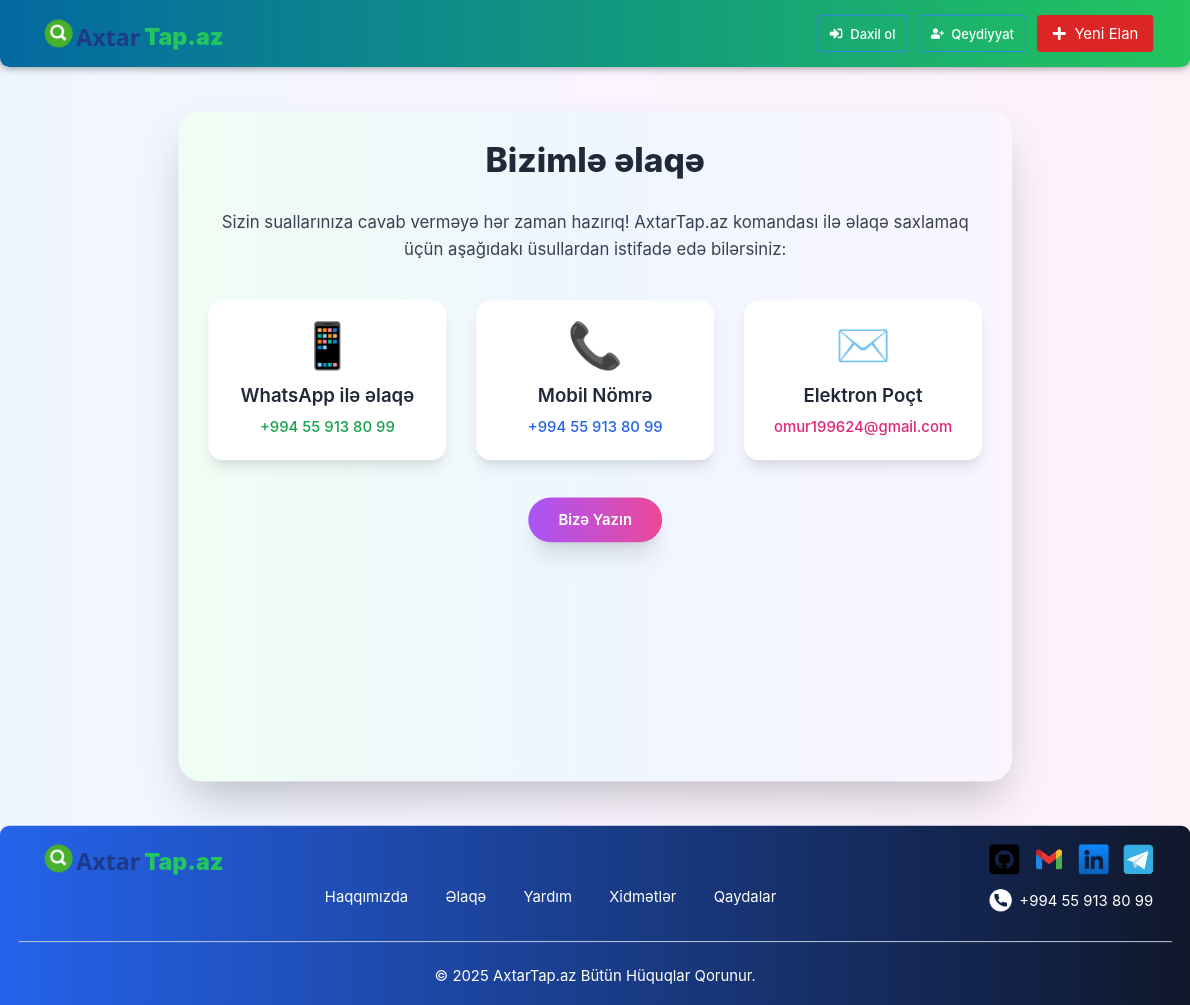
Repository: Omur56/AxtarTap.az
Page: /contact
These files come from the project's save history. The page is drawn as it stood at one moment and after a run of saves; the edit follows.
The browser window is 1280 px wide. The pictures show the whole page, at 93% of full size.
The project was rebuilt for these pictures with package versions that can differ from the ones it lists, and the page was loaded fresh each time. Some packages were replaced by stand-ins written for this rebuild. Also part of the build but not shown: src/pages/Katalog/Cateqories/index.jsx, src/pages/Katalog/index.jsx, src/pages/About/index.jsx, src/pages/Qaydalar/index.jsx, src/pages/Yardım/index.jsx, src/pages/Xidmetler/index.jsx, src/pages/Home/index.jsx, src/components/CreatePostNeqliyyat/index.jsx and 32 more.

Above is the page before, as saved 2025-08-21 19:38:56.

### public/index.html
<!DOCTYPE html>
<html lang="en">
  <head>
    <meta charset="utf-8" />
    <link rel="icon" href="./assets/TitleLogoImg/titleLogoAxtar.png" />
    <meta name="viewport" content="width=device-width, initial-scale=1" />
    <meta name="theme-color" content="#449b5c" />
    <meta name="viewport" content="width=device-width, initial-scale=1, viewport-fit=cover">

    <meta
      name="description"
      content="Web site created using create-react-app"
    />
    <link rel="apple-touch-icon" href="./assets/TitleLogoImg/titleLogoAxtar.png" />
    <!--
      manifest.json provides metadata used when your web app is installed on a
      user's mobile device or desktop. See https://developers.google.com/web/fundamentals/web-app-manifest/
    -->
    <link rel="manifest" href="%PUBLIC_URL%/manifest.json" />
    <!--
      Notice the use of %PUBLIC_URL% in the tags above.
      It will be replaced with the URL of the `public` folder during the build.
      Only files inside the `public` folder can be referenced from the HTML.

      Unlike "/favicon.ico" or "favicon.ico", "%PUBLIC_URL%/favicon.ico" will
      work correctly both with client-side routing and a non-root public URL.
      Learn how to configure a non-root public URL by running `npm run build`.
    -->
    <title>AxtarTap.az</title>
  </head>
  <body>
    <noscript>You need to enable JavaScript to run this app.</noscript>
    <div id="root"></div>
    <!--
      This HTML file is a template.
      If you open it directly in the browser, you will see an empty page.

      You can add webfonts, meta tags, or analytics to this file.
      The build step will place the bundled scripts into the <body> tag.

      To begin the development, run `npm start` or `yarn start`.
      To create a production bundle, use `npm run build` or `yarn build`.
    -->
  </body>
</html>

### src/index.js
import React from 'react';
import ReactDOM from 'react-dom/client';
import App from './app/index';
import './index.css';





const root = ReactDOM.createRoot(document.getElementById('root'));
root.render(

  <React.StrictMode>

    <App />


  </React.StrictMode>

);

### src/app/index.js
import { RouterProvider } from "react-router";
import router from './routes';



function App() {
  return (

    <RouterProvider router={router} />




  );
}

export default App;

### src/index.css
@tailwind base;
@tailwind components;
@tailwind utilities;



*{
    font-family: -apple-system, BlinkMacSystemFont, "Helvetica Neue", "Segoe UI", sans-serif;
}

### src/pages/Contact/index.jsx



const Contact = () => {
    return (
        <div>
            <div className="max-w-4xl mx-auto p-8 mt-12 mb-12 min-h-screen justify-center  bg-gradient-to-r from-green-50 via-blue-50 to-purple-50 rounded-3xl shadow-2xl">
  <h2 className="text-4xl font-extrabold text-gray-800 mb-8 text-center">Bizimlə əlaqə</h2>

  <p className="text-gray-700 text-lg leading-relaxed text-center mb-10">
    Sizin suallarınıza cavab verməyə hər zaman hazırıq! AxtarTap.az komandası ilə əlaqə saxlamaq üçün aşağıdakı üsullardan istifadə edə bilərsiniz:
  </p>

  <div className="grid md:grid-cols-3 gap-8 text-center">

    <div className="bg-white rounded-2xl p-6 shadow-lg transform hover:-translate-y-2 hover:scale-105 transition-all duration-300">
      <div className="text-green-500 text-5xl mb-4 flex justify-center">📱</div>
      <h3 className="text-xl font-semibold text-gray-800 mb-2">WhatsApp ilə əlaqə</h3>
      <a
        href="https://wa.me/99455xxxxxxx"
        target="_blank"
        rel="noopener noreferrer"
        className="text-green-600 font-medium hover:underline"
      >
        +994 55 913 80 99
      </a>
    </div>


    <div className="bg-white rounded-2xl p-6 shadow-lg transform hover:-translate-y-2 hover:scale-105 transition-all duration-300">
      <div className="text-blue-500 text-5xl mb-4 flex justify-center">📞</div>
      <h3 className="text-xl font-semibold text-gray-800 mb-2">Mobil Nömrə</h3>
      <a href="tel:+994559138099" className="text-blue-600 font-medium hover:underline">
        +994 55 913 80 99
      </a>
    </div>


    <div className="bg-white rounded-2xl p-6 shadow-lg transform hover:-translate-y-2 hover:scale-105 transition-all duration-300">
      <div className="text-pink-500 text-5xl mb-4 flex justify-center">✉️</div>
      <h3 className="text-xl font-semibold text-gray-800 mb-2">Elektron Poçt</h3>
      <a href="mailto:omur199624@gmail.com" className="text-pink-600 font-medium hover:underline">
        omur199624@gmail.com
      </a>
    </div>
  </div>

  <div className="mt-10 flex justify-center">
    <span className="inline-block px-8 py-3 bg-gradient-to-r from-purple-500 to-pink-500 text-white font-semibold rounded-full shadow-xl hover:scale-105 transition-transform cursor-pointer">
      Bizə Yazın
    </span>
  </div>
</div>

        </div>
    );
};
export default Contact;

### src/components/Main/index.jsx
import {Outlet,  useNavigate } from "react-router";
import Footer from "../Footer";
import BottomMenu from "../MobileMenu";
import Header from "../Header";



const RootLayout = () => {
  const navigate = useNavigate();

  return (
   <div className=" bg-gradient-to-r from-blue-50 via-purple-50 to-pink-50">
       <Header />

      <Outlet />
       <Footer/>
      <BottomMenu />
   </div>
  );
};

export default RootLayout;

### src/components/Footer/index.jsx
import { Link } from "react-router-dom";
import TitleLogo from "../TitleLogo";

function Footer() {
  return (
    <footer className="px-5 sm:px-5 py-5  bg-gradient-to-r from-blue-600 to-slate-900 rounded-t-[10px]">
      <div className="mx-auto max-w-[1200px] flex flex-col md:flex-row justify-between gap-2">

        <div className="flex justify-start max-h-[20px] md:justify-start">
          <div className="w-20 h-20">
            <TitleLogo />
          </div>
        </div>


        <div className="grid grid-cols-1 mt-[40px] gap-6 items-center text-white justify-center">
          <div className="flex flex-col sm:flex-row sm:gap-6 lg:gap-10 items-center">
            <Link className="hover:text-[#43D262] hover:underline" to={"/about"}>
              Haqqımızda
            </Link>
            <Link className="hover:text-[#43D262] hover:underline" to={"/contact"}>
              Əlaqə
            </Link>



            <Link className="hover:text-[#43D262] hover:underline" to={"/yardim"}>
              Yardım
            </Link>
            <Link className="hover:text-[#43D262] hover:underline" to={"/Xidmetler"}>
              Xidmətlər
            </Link>
            <Link className="hover:text-[#43D262] hover:underline" to={"/Qaydalar"}>
              Qaydalar
            </Link>
       </div>
        </div>

        <div className="flex flex-col items-center md:items-end gap-4">
          <div className="flex gap-4">
            <Link to={"https://github.com/omur56"}>
              <img
                className="w-8 h-8 sm:w-8 sm:h-8"
                src="/assets/SocialMediaIcon/github_3291695-removebg-preview.png"
                alt="Github"
              />
            </Link>
            <Link to={"https://mail.google.com/mail/?view=cm&fs=1&to=omur199624@gmail.com"}>
              <img
                className="w-8 h-8 sm:w-8 sm:h-8"
                src="/assets/SocialMediaIcon/icons8-gmail-48.png"
                alt="Gmail"
              />
            </Link>
            <Link to={"https://www.linkedin.com/in/%C3%B6m%C3%BCrxan-abdullayev-b2052a318"}>
              <img
                className="w-8 h-8 sm:w-8 sm:h-8"
                src="/assets/SocialMediaIcon/linkedin_3992606-removebg-preview.png"
                alt="Linkedin"
              />
            </Link>
            <Link to={"https://t.me/omurxan1"}>
              <img
                className="w-8 h-8 sm:w-8 sm:h-8"
                src="/assets/SocialMediaIcon/telegram-svgrepo-com.svg"
                alt="Telegram"
              />
            </Link>
          </div>

          <a
            className="text-white text-sm sm:text-base flex items-center gap-2 hover:underline hover:text-sky-400"
            href="tel:+994559138099"
          >
            <img
              className="w-6 h-6 sm:w-6 sm:h-6"
              src="/assets/SocialMediaIcon/telephoneicon.png"
              alt="Phone"
            />
            +994 55 913 80 99
          </a>
        </div>
      </div>

      <div className="border-t border-slate-300 mt-8"></div>

      <div className="flex justify-center mt-6">
        <p className="text-white text-center">© 2025 AxtarTap.az Bütün Hüquqlar Qorunur.</p>
      </div>
    </footer>
  );
}

export default Footer;

### src/components/MobileMenu/index.jsx
import React, { useState, useEffect } from "react";
import { Link } from "react-router-dom";
import { menuItems } from "../SideBarMenu/data";

const BottomMenu = () => {
  const [showNavbar, setShowNavbar] = useState(true);
  const [lastScrollY, setLastScrollY] = useState(0);

  useEffect(() => {
    const handleScroll = () => {
      const currentScrollY = window.scrollY;

      if (currentScrollY > lastScrollY) {
        // Aşağı scroll → gizlət
        setShowNavbar(false);
      } else {
        // Yuxarı scroll → göstər
        setShowNavbar(true);
      }

      setLastScrollY(currentScrollY);
    };

    window.addEventListener("scroll", handleScroll);
    return () => window.removeEventListener("scroll", handleScroll);
  }, [lastScrollY]);

  return (
    <div
      className={`md:hidden fixed bottom-0 left-0 w-full rounded-t-[10px] bg-white text-gray-500 flex justify-around items-center py-4 z-50 shadow-lg border-t border-gray-300 transition-transform duration-300 ${
        showNavbar ? "translate-y-0" : "translate-y-full"
      }`}
    >
      {menuItems.slice(0, 5).map((item) => (
        <Link
          key={item.id}
          to={item.url}
          className="flex flex-col items-center text-xs hover:text-[#01D063] transition-colors"
        >
          <div className="text-[25px]">{item.icon}</div>
          <span className="text-[10px]">{item.text}</span>
        </Link>
      ))}
    </div>
  );
};

export default BottomMenu;

### src/components/Header/index.jsx




import { useState } from "react";
import { useNavigate } from "react-router";
import TitleLogo from "../TitleLogo";
import { FaSignInAlt, FaUserPlus, FaPlus, FaUser, FaSignOutAlt } from "react-icons/fa";
import { Link } from "react-router-dom";
function Header() {
  const navigate = useNavigate();
  const [isLoggedIn, setIsLoggedIn] = useState(false);

  const handleLogin = () => {
    // login prosesiniz bitdikdən sonra
    setIsLoggedIn(true);
    navigate("/"); // login olduqda əsas səhifəyə yönləndirmək
  };

  const handleLogout = () => {
    setIsLoggedIn(false);
    navigate("/"); // logout olduqda əsas səhifəyə yönləndirmək
  };

  return (
    <header className="header bg-gradient-to-r from-sky-700 to-green-500 mx-auto my-auto shadow-[0px_0px_10px_0px_rgba(0,0,0,0.5)] rounded-b-[10px]">
      <div className="flex justify-between items-center py-4 mx-auto my-auto max-w-[1200px]">
        <TitleLogo />

        <div className="flex gap-3">
          {!isLoggedIn && (
            <>
              <button
                className="flex hidden md:flex transform ease-in-out duration-500 items-center text-[14px] font-[500] gap-2 bg-transparent border border-blue-500 text-white hover:text-white px-3 py-1 rounded-[4px] hover:bg-blue-500"
                onClick={() => navigate("/login")}
              >
                <FaSignInAlt /> Daxil ol
              </button>
              <button
                className="flex hidden md:flex transform ease-in-out duration-500 items-center text-[14px] font-[500] gap-2 bg-transparent border border-blue-500 text-white hover:text-white px-3 py-1 rounded-[4px] hover:bg-blue-500"
                onClick={() => navigate("/reqister")}
              >
                <FaUserPlus /> Qeydiyyat
              </button>
            </>
          )}

          {isLoggedIn && (
            <>
              <button
                className="flex hidden md:flex transform ease-in-out duration-500 items-center text-[14px] font-[500] gap-2 bg-transparent border border-blue-500 text-white hover:text-white px-3 py-1 rounded-[4px] hover:bg-blue-500"
                onClick={() => navigate("/profile")}
              >
                <FaUser /> Profil
              </button>
              <button
                className="flex hidden md:flex transform ease-in-out duration-500 items-center text-[14px] font-[500] gap-2 bg-red-600 text-white px-3 py-1 rounded-[4px] hover:bg-red-400"
                onClick={handleLogout}
              >
                <FaSignOutAlt /> Logout
              </button>
            </>
          )}

          <button
            className="flex hidden md:flex items-center gap-2 bg-red-600 text-white px-4 py-2 rounded-[4px] hover:bg-red-400 transition"
            onClick={() => navigate("/CreateCatalogPost")}
          >
            <FaPlus /> Yeni Elan
          </button>
        </div>
      </div>
    </header>
  );
}

export default Header;

### src/components/TitleLogo/index.jsx
import { NavLink } from "react-router-dom";



function TitleLogo () {
    return <div className="title-logo p-2 w-[100px] h-[30px] flex  items-center  mb-[0px] cursor-pointer">
       <NavLink className={`w-[100px] h-[30px]`} to={"/"}><p className="flex gap-1 text-blue-900 text-[25px] font-black font-sans"><img className="w-[30px] h-[30px]" src="/assets/TitleLogoImg/axtaricon.png" alt="TezTap" />Axtar<span className="text-green-500 font-black text-[25px]">Tap.az</span></p></NavLink>

         {/* <img src="/assets/TitleLogoImg/titleLogoAxtar.png" alt="TezTap" /> */}
    </div>;
}

export default TitleLogo;

### src/components/SideBarMenu/data.jsx


import {
  FaHome,
  FaUser,
  FaCog,
  FaEnvelope,
  FaThLarge,
   FaPlus,
   FaSearch,
} from "react-icons/fa";
import { MdPersonAdd } from "react-icons/md";
export const menuItems = [
  {
    id: 1,
    text: "Əsas",
    url: "/",
    icon: <FaHome />,
  },
  {
    id: 2,
    text: "Katalog",
    url: "/Katalog",
    icon: <FaThLarge />,
  },
  {
    id: 3,
    text: "Yeni Elan",
    url: "/CreateCatalogPost",
    icon:<FaPlus size={30} /> ,
  },
  {
    id: 4,
    text: "Profil",
    url: "/Login",
    icon: <FaUser />,
  },
  {
    id: 5,
    text: "Axtarış",
    url: "/search",
    icon: <FaSearch  />,
  },
  {
    id: 6,
    text: "Əlaqə",
    url: "/contact",
    icon: <FaEnvelope />,
  },

  {
    id: 7,
    text: "Settings",
    url: "/settings",
    icon: <FaCog />,

  },
    // {
  //   id: 5,
  //   text: "Haqqımızda",
  //   url: "/about",
  //   icon: <FaInfoCircle />,
  // },
];

### tailwind.config.js
/** @type {import('tailwindcss').Config} */
module.exports = {
  content: ["./src/**/*.{js,jsx,ts,tsx}"],
  theme: {
    extend: {
      screens: {
       'tiny': { 'min': '100px', 'max': '500px' }, // 100–500px arası ekran
      'sm': '640px',
      'md': '768px',
      'lg': '1024px',
      'xl': '1280px',
      '2xl': '1536px',
      },
      keyframes: {
        shimmer: {
          '0%': { backgroundPosition: '-450px 0' },
          '100%': { backgroundPosition: '450px 0' },
        },
      },
      animation: {
        shimmer: 'shimmer 1.5s infinite linear',
      },
      backgroundSize: {
        'shimmer': '900px 100%',
      },
    },
  },
  plugins: [],
}

Loaded but not shown: src/app/routes.js (225 lines, source omitted)

After the next 2 saves:
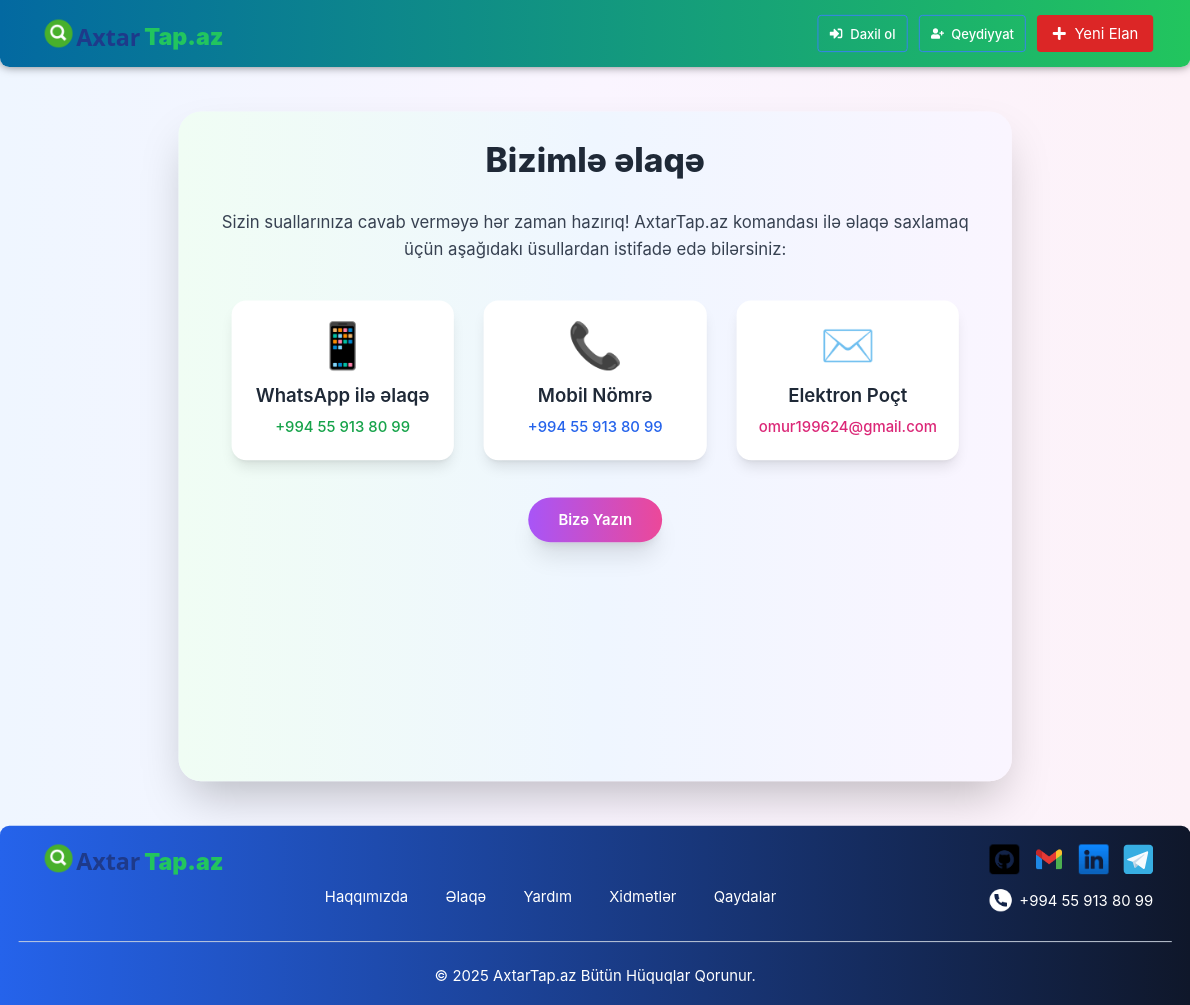
The 2 saves are shown as one change because they came seconds apart.
The last was saved 7 s later.
--- a/src/pages/Contact/index.jsx
+++ b/src/pages/Contact/index.jsx
@@ -4,7 +4,7 @@
 const Contact = () => {
     return (
         <div>
-            <div className="max-w-4xl mx-auto p-8 mt-12 mb-12 min-h-screen justify-center  bg-gradient-to-r from-green-50 via-blue-50 to-purple-50 rounded-3xl shadow-2xl">
+            <div className="max-w-4xl mx-auto p-8 mt-12 mb-12 min-h-screen justify-items-center bg-gradient-to-r from-green-50 via-blue-50 to-purple-50 rounded-3xl shadow-2xl">
   <h2 className="text-4xl font-extrabold text-gray-800 mb-8 text-center">Bizimlə əlaqə</h2>
 
   <p className="text-gray-700 text-lg leading-relaxed text-center mb-10">

After the save that followed:
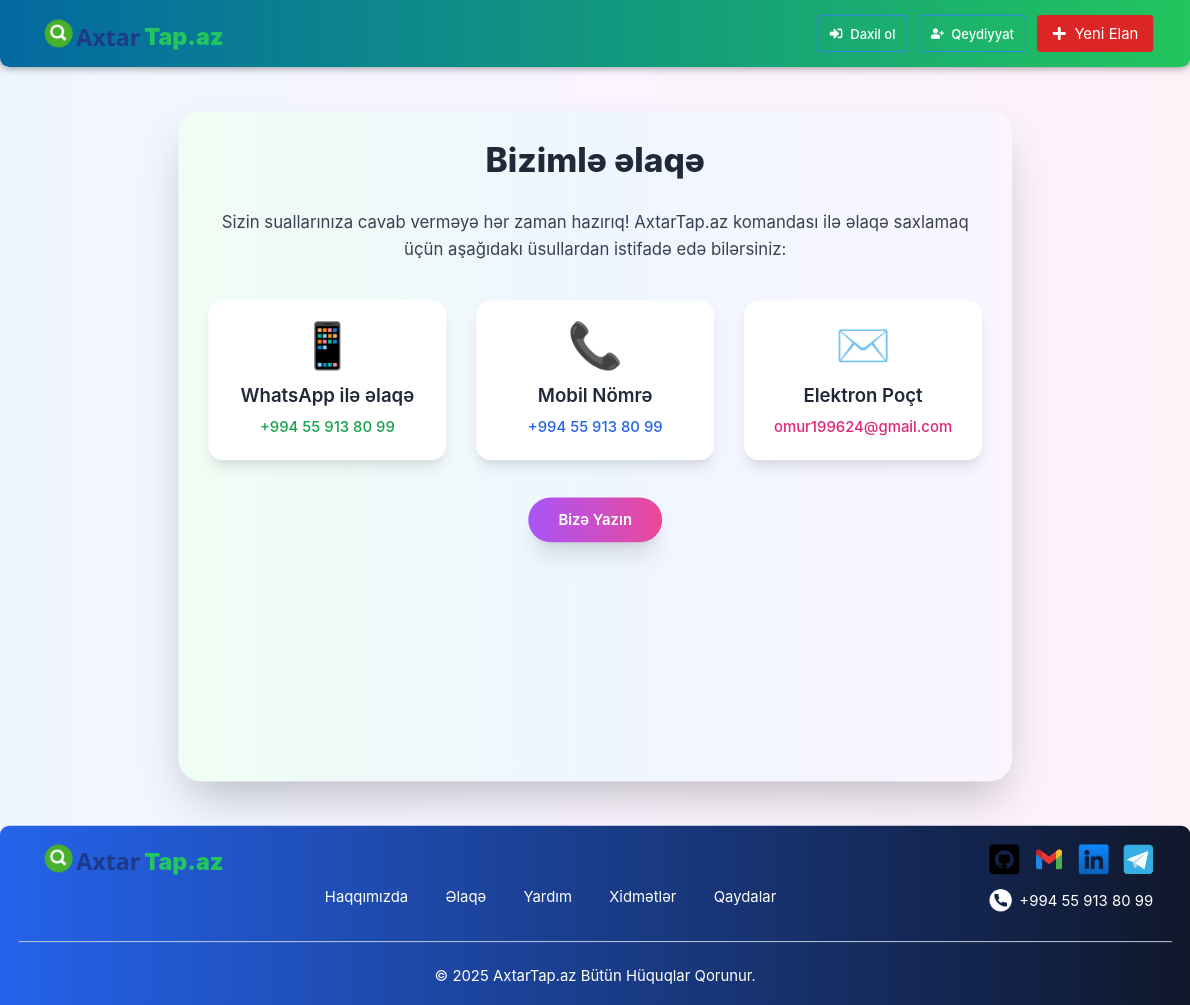
Saved 16 s later.
--- a/src/pages/Contact/index.jsx
+++ b/src/pages/Contact/index.jsx
@@ -4,7 +4,7 @@
 const Contact = () => {
     return (
         <div>
-            <div className="max-w-4xl mx-auto p-8 mt-12 mb-12 min-h-screen justify-items-center bg-gradient-to-r from-green-50 via-blue-50 to-purple-50 rounded-3xl shadow-2xl">
+            <div className="max-w-4xl mx-auto p-8 mt-12 mb-12 min-h-screen  bg-gradient-to-r from-green-50 via-blue-50 to-purple-50 rounded-3xl shadow-2xl">
   <h2 className="text-4xl font-extrabold text-gray-800 mb-8 text-center">Bizimlə əlaqə</h2>
 
   <p className="text-gray-700 text-lg leading-relaxed text-center mb-10">
